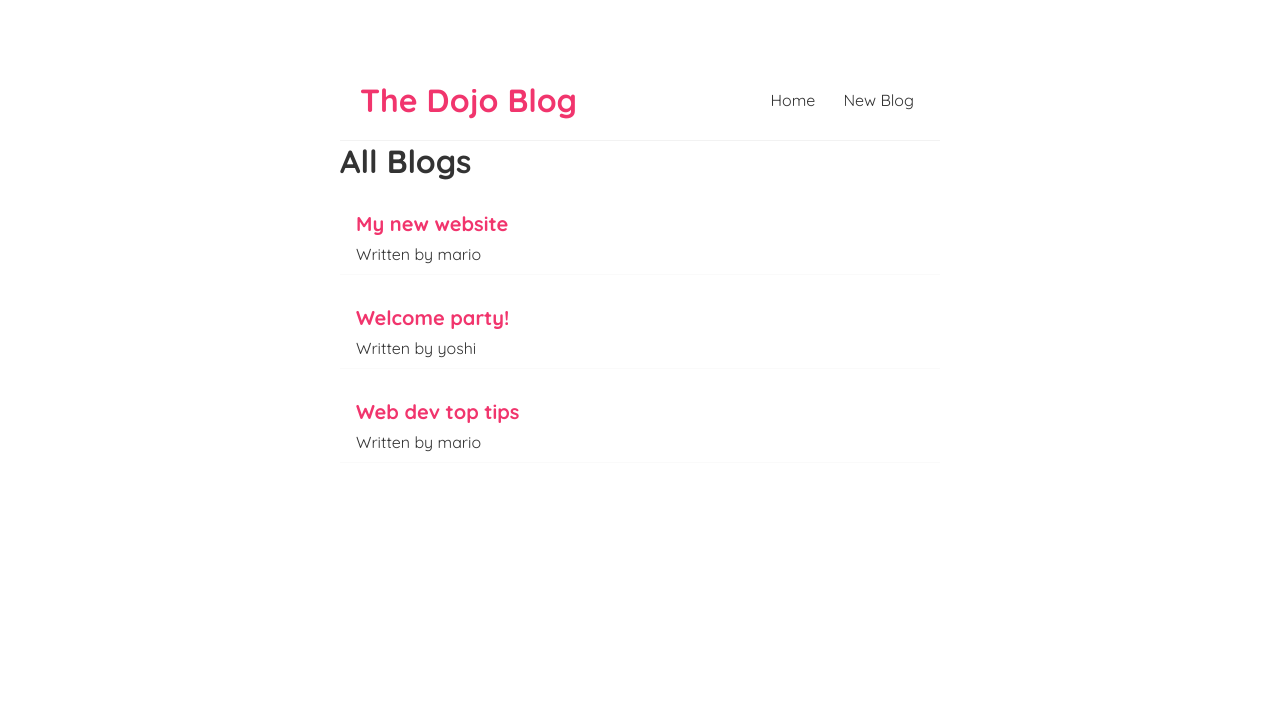
Repository: DESTINYAS/Reactjs
Page: /
An editor plug-in stored every save of this project. The page is shown before and after the next save, followed by the edit.
The browser window is 1280 px wide. The pictures show the whole page.
The project was rebuilt for these pictures with package versions that can differ from the ones it lists, and the page was loaded fresh each time.

Above is the page before, as saved 2022-11-29 08:41:30.

### src/index.css
@import url("https://fonts.googleapis.com/css2?family=Quicksand:wght@300;400;500;600;700&display=swap");
/* base styles */
* {
  margin: 0;
  font-family: "Quicksand";
  color: #333;
}
.navbar {
  padding: 20px;
  display: flex;
  align-items: center;
  max-width: 600px;
  margin: 0 auto;
  border-bottom: 1px solid #f2f2f2;
}
.navbar h1 {
  color: #f1356d;
}
.navbar .links {
  margin-left: auto;
}
.navbar a {
  margin-left: 16px;
  text-decoration: none;
  padding: 6px;
}
.navbar a:hover {
  color: #f1356d;
}
.content {
  max-width: 600px;
  margin: 40px auto;
  padding: 20px;
}

/* blog previews / list */
.blog-preview {
  padding: 10px 16px;
  margin: 20px 0;
  border-bottom: 1px solid #fafafa;
}
.blog-preview:hover {
  box-shadow: 1px 3px 5px rgba(0, 0, 0, 0.1);
}
.blog-preview h1 {
  font-size: 20px;
  color: #f1356d;
  margin-bottom: 8px;
}

### src/App.js
import Navbar from "./Navbar";
import Home from "./Home";

function App() {
  return (
    <div className="App">
      <div className="content">
        <Navbar />
        <Home />
      </div>
    </div>
  );
}

export default App;

### src/Navbar.js
const Navbar = () => {
  return (
    <div className="navbar">
      <h1>The Dojo Blog</h1>
      <div className="links">
        <a href="/">Home</a>
        <a href="/create">New Blog</a>
      </div>
    </div>
  );
};

export default Navbar;

### src/Home.js
import { useState } from "react";
import BlogList from "./BlogList";

const Home = () => {
  const [blogs, setBlogs] = useState([
    { title: "My new website", body: "lorem ipsum...", author: "mario", id: 1 },
    { title: "Welcome party!", body: "lorem ipsum...", author: "yoshi", id: 2 },
    {
      title: "Web dev top tips",
      body: "lorem ipsum...",
      author: "mario",
      id: 3,
    },
  ]);
  return (
    <div className="home">
      <BlogList blogs={blogs} title="All Blogs" />
    </div>
  );
};

export default Home;

### src/BlogList.js
const BlogList = ({ blogs, title }) => {
  // const blogs = props.blogs;
  // const title = props.title;
  return (
    <div className="blog-list">
      <h1>{title}</h1>
      {blogs.map((blog) => (
        <div className="blog-preview" key={blog.id}>
          <h1>{blog.title}</h1>
          <p>Written by {blog.author}</p>
        </div>
      ))}
    </div>
  );
};

export default BlogList;

Loaded but not shown: public/index.html (common file); src/index.js (common file)

After the next save:
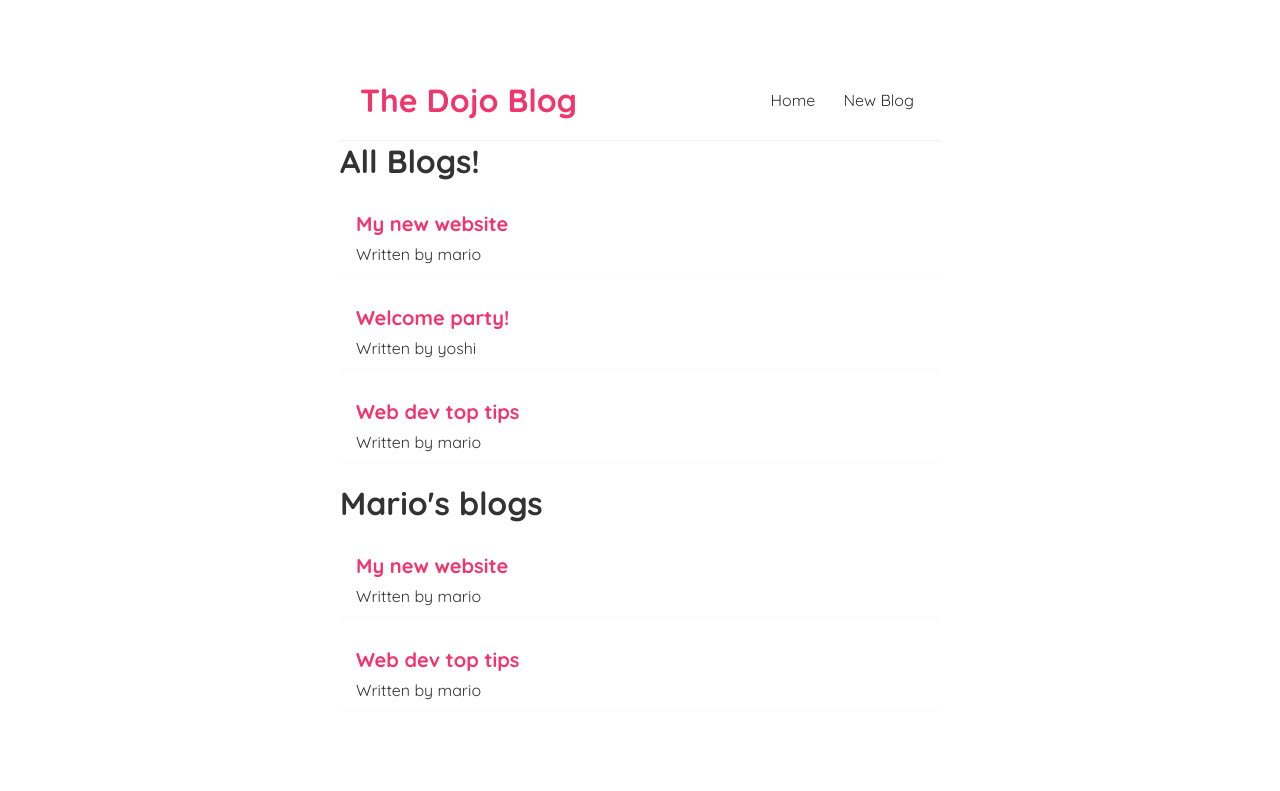
Saved 8 min 16 s later.
--- a/src/Home.js
+++ b/src/Home.js
@@ -14,7 +14,11 @@
   ]);
   return (
     <div className="home">
-      <BlogList blogs={blogs} title="All Blogs" />
+      <BlogList blogs={blogs} title="All Blogs!" />
+      <BlogList
+        blogs={blogs.filter((blog) => blog.author === "mario")}
+        title="Mario's blogs"
+      />
     </div>
   );
 };

After the save that followed:
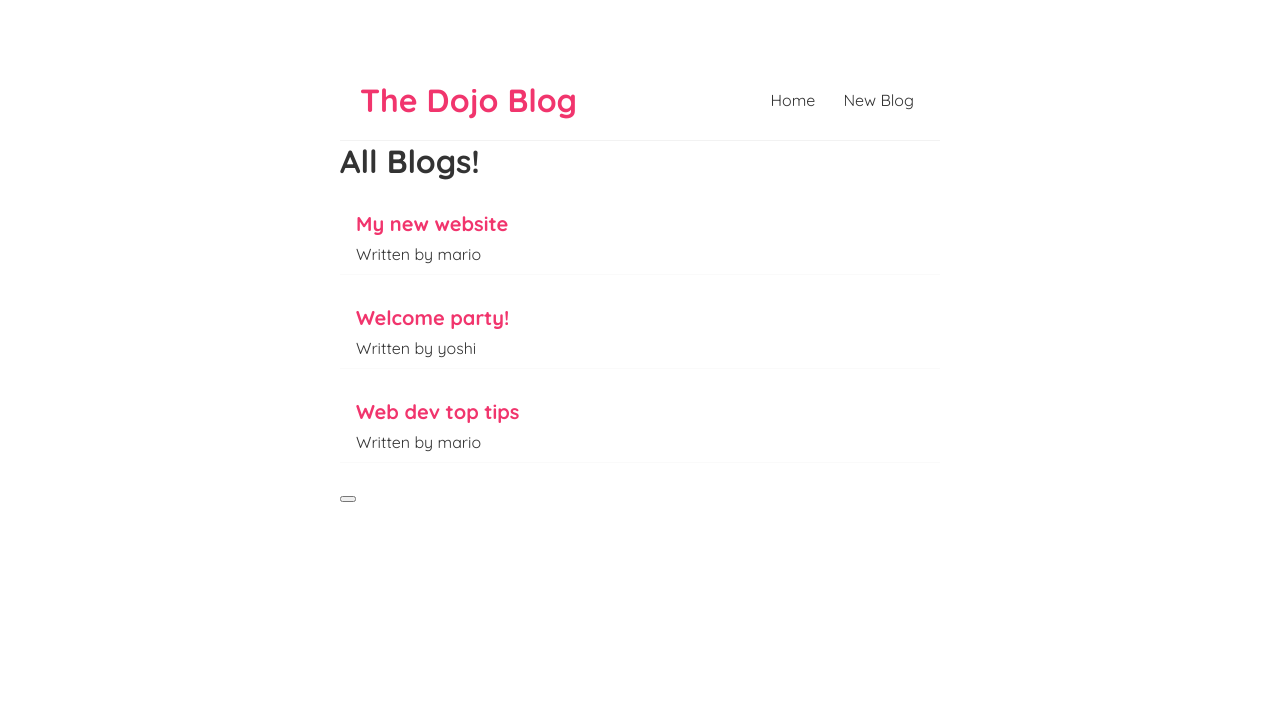
Saved 7 min 30 s later.
--- a/src/Home.js
+++ b/src/Home.js
@@ -15,10 +15,7 @@
   return (
     <div className="home">
       <BlogList blogs={blogs} title="All Blogs!" />
-      <BlogList
-        blogs={blogs.filter((blog) => blog.author === "mario")}
-        title="Mario's blogs"
-      />
+      <button></button>
     </div>
   );
 };
